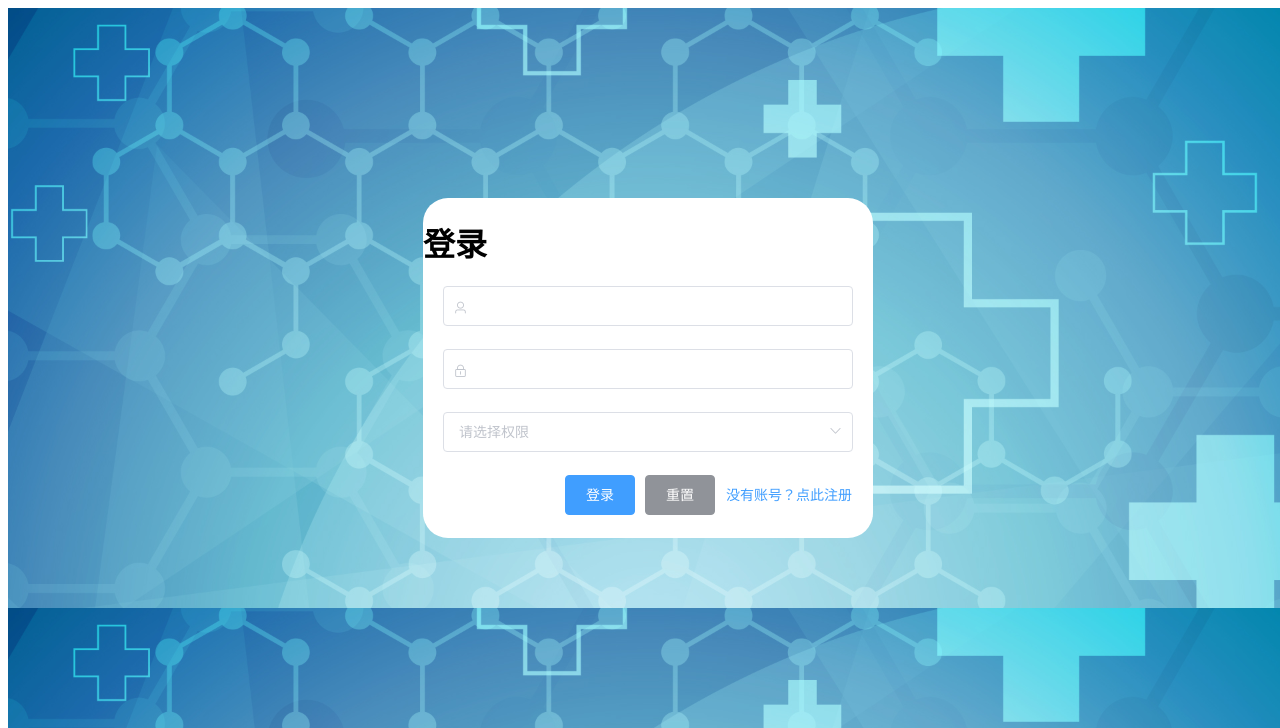
Repository: ShaoCHis/WEB-SOA-frontEnd
Page: /
These files come from the project's save history. The page is drawn as it stood at one moment and after a run of saves; the edit follows.
The browser window is 1280 px wide. The pictures show the whole page.
The project was rebuilt for these pictures with package versions that can differ from the ones it lists, and the page was loaded fresh each time. Also part of the build but not shown: src/components/test.vue, src/components/test2.vue, src/components/Register.vue, src/components/Admin/ManagePage.vue, src/components/Hospital/HMainPage.vue, src/components/Patient/MainPage.vue.

Above is the page before, as saved 2021-11-16 18:24:29.

After the next 4 saves:
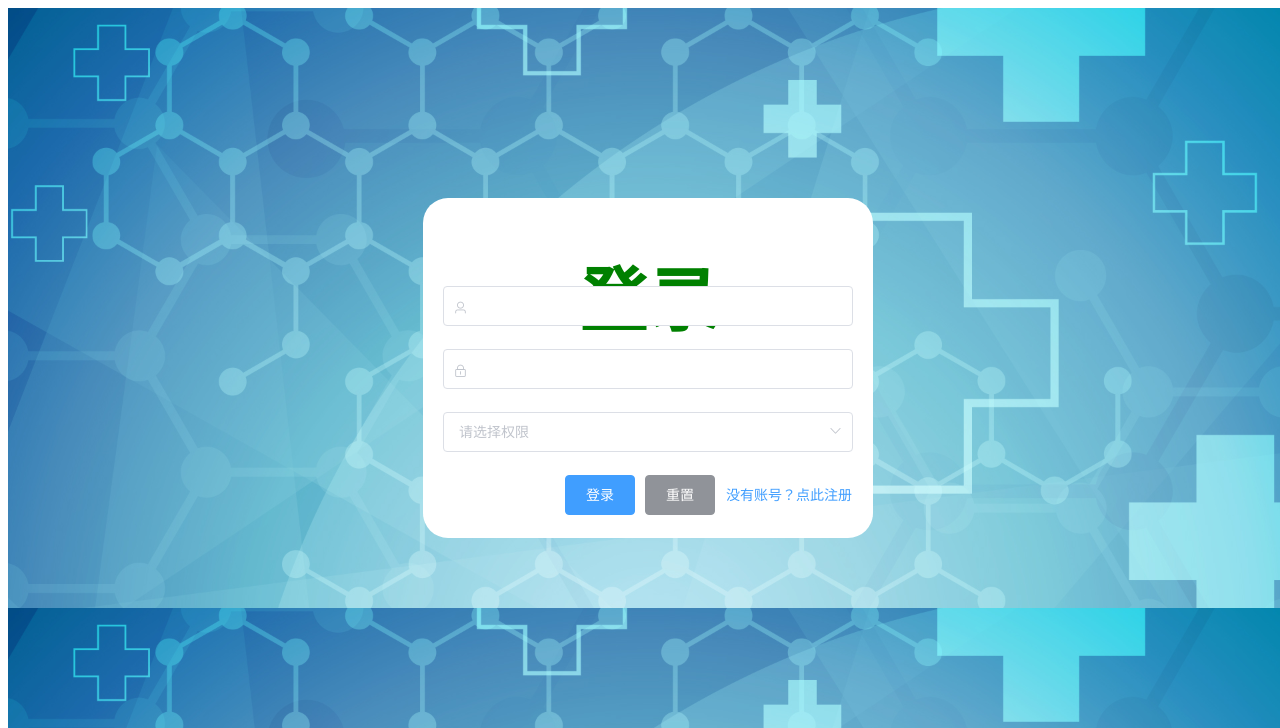
The 4 saves are shown as one change because 1 did not build or start and some came seconds apart.
The last was saved 106 s later.
--- a/src/components/Login.vue
+++ b/src/components/Login.vue
@@ -118,6 +118,14 @@ export default {
 </script>
 
 <style lang="less" scoped>
+.tip{
+          color: green;
+          font-size: 35px;
+          font-weight: bold;
+          text-align: center;
+          margin-bottom: 30px;
+}
+
 .login_container{
     background-color: #5c2c948c;
     background-image:url('../assets/back.jpeg');
